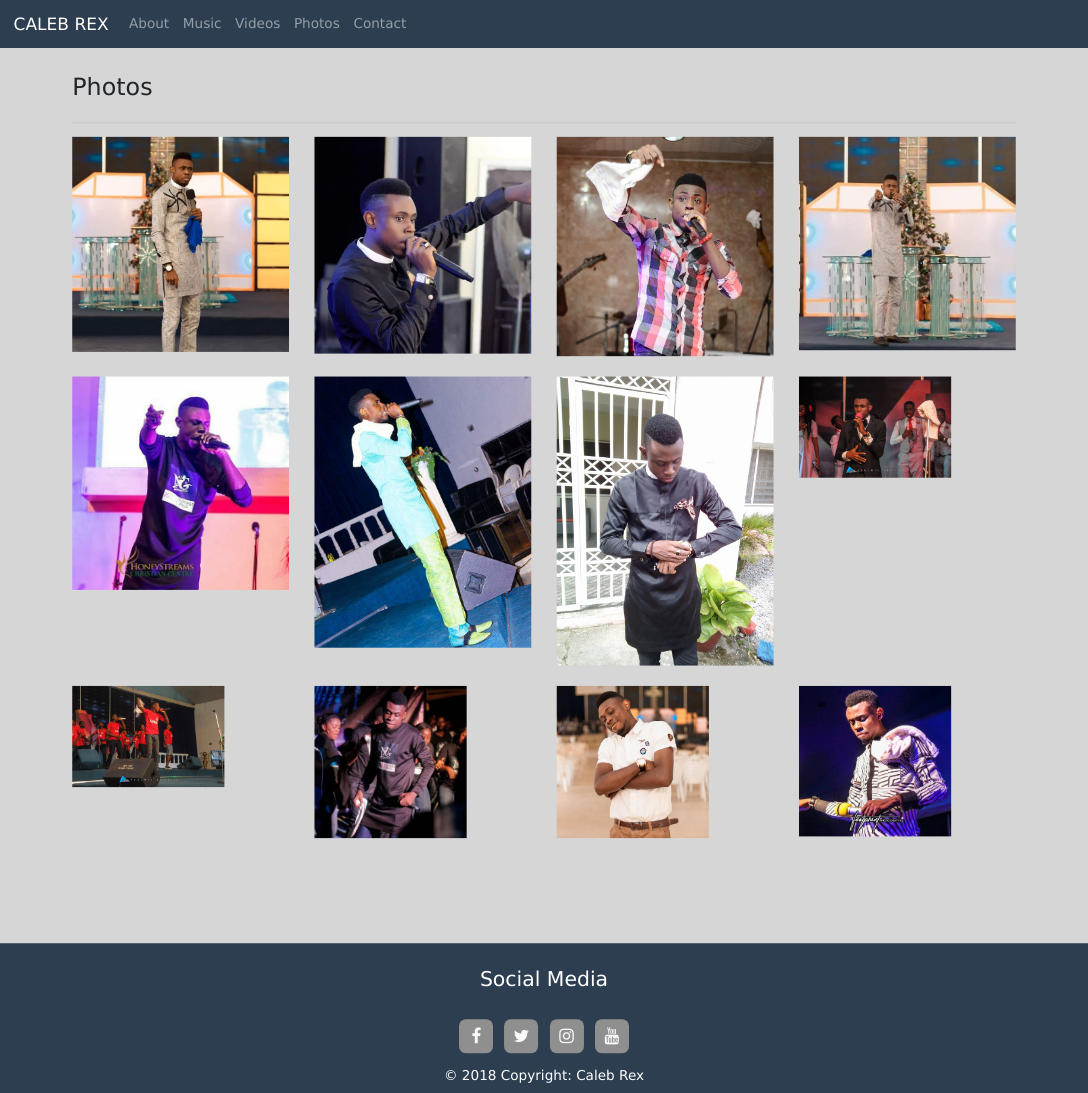
Repository: IchaTreasure/caleb-rex
Page: photos.html
The author's editor kept a record of every edit. The page is drawn from the files as they stood at one moment, then again after the next edit.
The browser window is 1280 px wide. The pictures show the whole page, at 85% of full size.
Some web libraries are served in a nearby version.

Above is the page before.

### photos.html
<!DOCTYPE html>
<html lang="en">

<head>
    <meta charset="UTF-8">
    <meta name="viewport" content="width=device-width, initial-scale=1.0">
    <meta http-equiv="X-UA-Compatible" content="ie=edge">
    <link rel="stylesheet" href="https://maxcdn.bootstrapcdn.com/bootstrap/4.1.3/css/bootstrap.min.css">
    <link rel="stylesheet" href="https://use.fontawesome.com/releases/v5.6.1/css/all.css" integrity="sha384-gfdkjb5BdAXd+lj+gudLWI+BXq4IuLW5IT+brZEZsLFm++aCMlF1V92rMkPaX4PP" crossorigin="anonymous">
    <link rel="stylesheet" href="https://stackpath.bootstrapcdn.com/bootstrap/4.3.1/css/bootstrap.min.css" type="text/css" />
    <link rel="stylesheet" href="https://stackpath.bootstrapcdn.com/font-awesome/4.7.0/css/font-awesome.min.css" type="text/css" />
    <link rel="stylesheet" href="https://cdnjs.cloudflare.com/ajax/libs/hover.css/2.3.1/css/hover-min.css" type="text/css" />
    <link href="https://fonts.googleapis.com/css?family=Roboto:400,700" rel="stylesheet">
    <link rel="stylesheet" href="css/style.css" type="text/css" />
    <title>Caleb Rex</title>
</head>

<body style="background-color: #2c3e50">
    <!-- ------------------------------------------------------------------------------------------------------Navigation Bar -->
    <nav class="navbar navbar-expand-md navbar-dark fixed-top" style="background-color: #2c3e50">
        <a class="navbar-brand" href="index.html">CALEB REX</a>
        <button class="navbar-toggler" type="button" data-toggle="collapse" data-target="#navbarsExampleDefault" aria-controls="navbarsExampleDefault" aria-expanded="false" aria-label="Toggle navigation">
    <span class="navbar-toggler-icon"></span>
  </button>

        <div class="collapse navbar-collapse" id="navbarsExampleDefault">
            <ul class="navbar-nav mr-auto">
                <li class="nav-item right" data-toggle="collapse" data-target=".navbar-collapse.show">
                    <a class="nav-link" href="about.html">About</a>
                </li>
                <li class="nav-item right" data-toggle="collapse" data-target=".navbar-collapse.show">
                    <a class="nav-link" href="music.html">Music</a>
                </li>
                <li class="nav-item right" data-toggle="collapse" data-target=".navbar-collapse.show">
                    <a class="nav-link" href="videos.html">Videos</a>
                </li>
                <li class="nav-item right" data-toggle="collapse" data-target=".navbar-collapse.show">
                    <a class="nav-link" href="photos.html">Photos</a>
                </li>
                <li class="nav-item right" data-toggle="collapse" data-target=".navbar-collapse.show">
                    <a class="nav-link" href="contact.html">Contact</a>
                </li>
            </ul>
        </div>
    </nav>

    <!-- Photo section -->
    <section style="background-color: #D6D6D6; padding-bottom: 100px;">
        <div class="container" Style="padding-top: 30px">
            <div class="row">
                <h3 style="padding-left: 15px">Photos</h3>
            </div>
            <hr>
            <div class="row">
                <!-- Modal: Image 1 -->
                <div class="col-sm-3">
                    <a class="d-block mb-4 h-100">
            <img class="img-fluid img-hover" src="images/Caleb1.jpg" data-toggle="modal" data-target="#Image1" alt="Caleb 1" style="width: 100%">
          </a>
                    <!-- Modal Content -->
                    <div class="modal fade" id="Image1" tabindex="-1" role="dialog" aria-hidden="true">
                        <div class="modal-dialog modal-lg" role="document">
                            <div class="modal-body">
                                <img class="img-fluid" src="images/Caleb1.jpg" alt="Caleb 1">
                            </div>
                        </div>
                    </div>
                </div>

                <!-- Modal: Image 2 -->
                <div class="col-sm-3">
                    <a class="d-block mb-4 h-100">
            <img class="img-fluid img-hover" src="images/Caleb2.jpg" data-toggle="modal" data-target="#Image2" alt="Caleb 2" style="width: 100%">
          </a>
                    <!-- Modal Content -->
                    <div class="modal fade" id="Image2" tabindex="-1" role="dialog" aria-hidden="true">
                        <div class="modal-dialog modal-lg" role="document">
                            <div class="modal-body">
                                <img class="img-fluid" src="images/Caleb2.jpg" alt="Caleb 2">
                            </div>
                        </div>
                    </div>
                </div>

                <!-- Modal: Image 3 -->
                <div class="col-sm-3">
                    <a class="d-block mb-4 h-100">
            <img class="img-fluid img-hover" src="images/Caleb3.jpg" data-toggle="modal" data-target="#Image3" alt="Caleb 3" style="width: 100%">
          </a>
                    <!-- Modal Content -->
                    <div class="modal fade" id="Image3" tabindex="-1" role="dialog" aria-hidden="true">
                        <div class="modal-dialog modal-lg" role="document">
                            <div class="modal-body">
                                <img class="img-fluid" src="images/Caleb3.jpg" alt="Caleb 3">
                            </div>
                        </div>
                    </div>
                </div>

                <!-- Modal: Image 4 -->
                <div class="col-sm-3">
                    <a class="d-block mb-4 h-100">
            <img class="img-fluid img-hover" src="images/Caleb4.jpg" data-toggle="modal" data-target="#Image4" alt="Caleb 4" style="width: 100%">
          </a>
                    <!-- Modal Content -->
                    <div class="modal fade" id="Image4" tabindex="-1" role="dialog" aria-hidden="true">
                        <div class="modal-dialog modal-lg" role="document">
                            <div class="modal-body">
                                <img class="img-fluid" src="images/Caleb4.jpg" alt="Caleb 4">
                            </div>
                        </div>
                    </div>
                </div>
            </div>

            <div class="row">
                <!-- Modal: Image 5 -->
                <div class="col-sm-3">
                    <a class="d-block mb-4 h-100">
            <img class="img-fluid img-hover" src="images/Caleb5.jpg" data-toggle="modal" data-target="#Image5" alt="Caleb 5" style="width: 100%">
          </a>
                    <!-- Modal Content -->
                    <div class="modal fade" id="Image5" tabindex="-1" role="dialog" aria-hidden="true">
                        <div class="modal-dialog modal-lg" role="document">
                            <div class="modal-body">
                                <img class="img-fluid" src="images/Caleb5.jpg" alt="Caleb 5">
                            </div>
                        </div>
                    </div>
                </div>

                <!-- Modal: Image 6 -->
                <div class="col-sm-3">
                    <a class="d-block mb-4 h-100">
            <img class="img-fluid img-hover" src="images/Caleb6.jpg" data-toggle="modal" data-target="#Image6" alt="Caleb 6" style="width: 100%">
          </a>
                    <!-- Modal Content -->
                    <div class="modal fade" id="Image6" tabindex="-1" role="dialog" aria-hidden="true">
                        <div class="modal-dialog modal-lg" role="document">
                            <div class="modal-body">
                                <img class="img-fluid" src="images/Caleb6.jpg" alt="Caleb 6">
                            </div>
                        </div>
                    </div>
                </div>

                <!-- Modal: Image 7 -->
                <div class="col-sm-3">
                    <a class="d-block mb-4 h-100">
            <img class="img-fluid img-hover" src="images/Caleb7.jpg" data-toggle="modal" data-target="#Image7" alt="Caleb 7" style="width: 100%">
          </a>
                    <!-- Modal Content -->
                    <div class="modal fade" id="Image7" tabindex="-1" role="dialog" aria-hidden="true">
                        <div class="modal-dialog modal-lg" role="document">
                            <div class="modal-body">
                                <img class="img-fluid" src="images/Caleb7.jpg" alt="Caleb 7">
                            </div>
                        </div>
                    </div>
                </div>

                <!-- Modal: Image 8 -->
                <div class="col-sm-3">
                    <a class="d-block mb-4 h-100">
            <img class="img-fluid img-hover" src="images/Caleb8.jpg" data-toggle="modal" data-target="#Image8" alt="Caleb 8" style="width: 70%">
          </a>
                    <!-- Modal Content -->
                    <div class="modal fade" id="Image8" tabindex="-1" role="dialog" aria-hidden="true">
                        <div class="modal-dialog modal-lg" role="document">
                            <div class="modal-body">
                                <img class="img-fluid" src="images/Caleb8.jpg" alt="Caleb 8">
                            </div>
                        </div>
                    </div>
                </div>
            </div>

            <div class="row">
                <!-- Modal: Image 9 -->
                <div class="col-sm-3">
                    <a class="d-block mb-4 h-100">
            <img class="img-fluid img-hover" src="images/Caleb9.jpg" data-toggle="modal" data-target="#Image9" alt="Caleb 9" style="width: 70%">
          </a>
                    <!-- Modal Content -->
                    <div class="modal fade" id="Image9" tabindex="-1" role="dialog" aria-hidden="true">
                        <div class="modal-dialog modal-lg" role="document">
                            <div class="modal-body">
                                <img class="img-fluid" src="images/Caleb9.jpg" alt="Caleb 9">
                            </div>
                        </div>
                    </div>
                </div>

                <!-- Modal: Image 10 -->
                <div class="col-sm-3">
                    <a class="d-block mb-4 h-100">
            <img class="img-fluid img-hover" src="images/Caleb11.jpg" data-toggle="modal" data-target="#Image11" alt="Caleb 10" style="width: 70%">
          </a>
                    <!-- Modal Content -->
                    <div class="modal fade" id="Image11" tabindex="-1" role="dialog" aria-hidden="true">
                        <div class="modal-dialog modal-lg" role="document">
                            <div class="modal-body">
                                <img class="img-fluid" src="images/Caleb11.jpg" alt="Caleb 10">
                            </div>
                        </div>
                    </div>
                </div>

                <!-- Modal: Image 11 -->
                <div class="col-sm-3">
                    <a class="d-block mb-4 h-100">
            <img class="img-fluid img-hover" src="images/Caleb12.jpg" data-toggle="modal" data-target="#Image12" alt="Caleb 11" style="width: 70%">
          </a>
                    <!-- Modal Content -->
                    <div class="modal fade" id="Image12" tabindex="-1" role="dialog" aria-hidden="true">
                        <div class="modal-dialog modal-lg" role="document">
                            <div class="modal-body">
                                <img class="img-fluid" src="images/Caleb12.jpg" alt="Caleb 11">
                            </div>
                        </div>
                    </div>
                </div>

                <!-- Modal: Image 12 -->
                <div class="col-sm-3">
                    <a class="d-block mb-4 h-100">
            <img class="img-fluid img-hover" src="images/Caleb14.jpg" data-toggle="modal" data-target="#Image14" alt="Caleb 12" style="width: 70%">
          </a>
                    <!-- Modal Content -->
                    <div class="modal fade" id="Image14" tabindex="-1" role="dialog" aria-hidden="true">
                        <div class="modal-dialog modal-lg" role="document">
                            <div class="modal-body">
                                <img class="img-fluid" src="images/Caleb14.jpg" alt="Caleb 12">
                            </div>
                        </div>
                    </div>
                </div>
            </div>
        </div>
    </section>

    <!-- Footer -->
    <footer class="py-1" style="background-color: #2c3e50; text-align: center;">
        <div class="container">
            <br>
            <h4 style = "color: white">Social Media</h4>
            <br>
            <ul class="list-inline social-links">
                <li class="list-inline-item">
                    <a target="_blank" href="https://www.facebook.com/caleb.rex.96"><i class = " fa fa-facebook" aria-hidden="true"></i><span class = "sr-only">Facebook</span></a>
                </li>
                <li class="list-inline-item">
                    <a target="_blank" href="https://twitter.com/calebrex01"><i class = " fa fa-twitter" aria-hidden="true"></i><span class = "sr-only">Twitter</span></a>
                </li>
                <li class="list-inline-item">
                    <a target="_blank" href="https://www.instagram.com/caleb.rex01/"><i class = " fa fa-instagram" aria-hidden="true"></i><span class = "sr-only">Instagram</span></a>
                </li>
                <li class="list-inline-item">
                    <a target="_blank" href="https://www.youtube.com/channel/UC_B7e65upco510Sio9dZJhg"><i class = " fa fa-youtube" aria-hidden="true"></i><span class = "sr-only">Youtube</span></a>
                </li>
            </ul>
        </div>

        <h6 style="text-align: center; color: white;">© 2018 Copyright: Caleb Rex</h6>
        <!-- /.container -->
    </footer>
    <!-- Bootstrap core JavaScript -->
    <script src="https://code.jquery.com/jquery-3.3.1.slim.min.js" integrity="sha384-q8i/X+965DzO0rT7abK41JStQIAqVgRVzpbzo5smXKp4YfRvH+8abtTE1Pi6jizo" crossorigin="anonymous"></script>
    <script src="https://cdnjs.cloudflare.com/ajax/libs/popper.js/1.14.3/umd/popper.min.js" integrity="sha384-ZMP7rVo3mIykV+2+9J3UJ46jBk0WLaUAdn689aCwoqbBJiSnjAK/l8WvCWPIPm49" crossorigin="anonymous"></script>
    <script src="https://stackpath.bootstrapcdn.com/bootstrap/4.1.3/js/bootstrap.min.js" integrity="sha384-ChfqqxuZUCnJSK3+MXmPNIyE6ZbWh2IMqE241rYiqJxyMiZ6OW/JmZQ5stwEULTy" crossorigin="anonymous"></script>
    <script src="https://code.jquery.com/jquery-3.3.1.slim.min.js" integrity="sha384-q8i/X+965DzO0rT7abK41JStQIAqVgRVzpbzo5smXKp4YfRvH+8abtTE1Pi6jizo" crossorigin="anonymous"></script>
    <script src="https://cdnjs.cloudflare.com/ajax/libs/popper.js/1.14.7/umd/popper.min.js" integrity="sha384-UO2eT0CpHqdSJQ6hJty5KVphtPhzWj9WO1clHTMGa3JDZwrnQq4sF86dIHNDz0W1" crossorigin="anonymous"></script>
    <script src="https://stackpath.bootstrapcdn.com/bootstrap/4.3.1/js/bootstrap.min.js" integrity="sha384-JjSmVgyd0p3pXB1rRibZUAYoIIy6OrQ6VrjIEaFf/nJGzIxFDsf4x0xIM+B07jRM" crossorigin="anonymous"></script>
</body>
</html>

### css/style.css
/*---------------------------- css for body */
body {
  font-family: 'Lucida Grande', sans-serif;
  padding-top: 56px;
}

nav li a:hover {
  background: black;

}

main{
 /*   height: 100vh;
    background: url('../images/Caleb1.jpg') no-repeat top right fixed;
    -webkit-background-size: cover;
    -moz-background-size: cover;
    -o-background-size: cover;
    background-size: cover;
    display: flex;
    align-items: center;
    justify-content: center;
    position: relative; */s


}

.main-container {

}

/*----------------------------------------- Modal Styling */
.modal-body{
    color: #615650;
    text-align: center;
}

.modal-content{
    background-color: #dbc7bd;
    padding: 20px;
}

.img-hover:hover{
    cursor: pointer;
    opacity: 0.6;
    transition: all 0.35s ease-in-out;
    -moz-transition: all 0.35s ease-in-out;
    -webkit-transition: all 0.35s ease-in-out;
    -o-transition: all 0.35s ease-in-out;
}

/*---------------------------- css for contact form*/
.form-style-1 {
	margin:10px auto;
	max-width: 400px;
	padding: 20px 12px 10px 20px;
	font: 13px "Lucida Sans Unicode", "Lucida Grande", sans-serif;
}
.form-style-1 li {
	padding: 0;
	display: block;
	list-style: none;
	margin: 10px 0 0 0;
}
.form-style-1 label{
	margin:0 0 3px 0;
	padding:0px;
	display:block;
	font-weight: bold;
}
.form-style-1 input[type=text],
.form-style-1 input[type=date],
.form-style-1 input[type=datetime],
.form-style-1 input[type=number],
.form-style-1 input[type=search],
.form-style-1 input[type=time],
.form-style-1 input[type=url],
.form-style-1 input[type=email],
textarea,
select{
	box-sizing: border-box;
	-webkit-box-sizing: border-box;
	-moz-box-sizing: border-box;
	border:1px solid #BEBEBE;
	padding: 7px;
	margin:0px;
	-webkit-transition: all 0.30s ease-in-out;
	-moz-transition: all 0.30s ease-in-out;
	-ms-transition: all 0.30s ease-in-out;
	-o-transition: all 0.30s ease-in-out;
	outline: none;
}

.form-style-1 input[type=text]:focus,
.form-style-1 input[type=date]:focus,
.form-style-1 input[type=datetime]:focus,
.form-style-1 input[type=number]:focus,
.form-style-1 input[type=search]:focus,
.form-style-1 input[type=time]:focus,
.form-style-1 input[type=url]:focus,
.form-style-1 input[type=email]:focus,
.form-style-1 textarea:focus,
.form-style-1 select:focus{
	-moz-box-shadow: 0 0 8px #88D5E9;
	-webkit-box-shadow: 0 0 8px #88D5E9;
	box-shadow: 0 0 8px #88D5E9;
	border: 1px solid #88D5E9;
}

.form-style-1 .field-divided{
	width: 49%;
}

.form-style-1 .field-long{
	width: 100%;
}
.form-style-1 .field-select{
	width: 100%;
}
.form-style-1 .field-textarea{
	height: 100px;
}
.form-style-1 input[type=submit], .form-style-1 input[type=button]{
	background: #4B99AD;
	padding: 8px 15px 8px 15px;
	border: none;
	color: #fff;
}

.form-style-1 input[type=submit]:hover, .form-style-1 input[type=button]:hover{
	background: #4691A4;
	box-shadow:none;
	-moz-box-shadow:none;
	-webkit-box-shadow:none;
}

.form-style-1 .required{
	color:red;
}

/*---------------------------- css for footer*/
footer {
  background-color: #7D0D11;
  color: black;
}

.social-links li a i {
  width: 40px;
  height: 40px;
  padding: 10px;
  border-radius: 20%;
  font-size: 20px;
  line-height: 20px;
  text-align: center;
  color: #fafafa;
  background: #8f8f8f;
  transition: all 0.35s ease-in-out;
  -moz-transition: all 0.35s ease-in-out;
  -webkit-transition: all 0.35s ease-in-out;
  -o-transition: all 0.35s ease-in-out;
}

.social-links li a i:hover {
  background: black;
}

After the next edit:
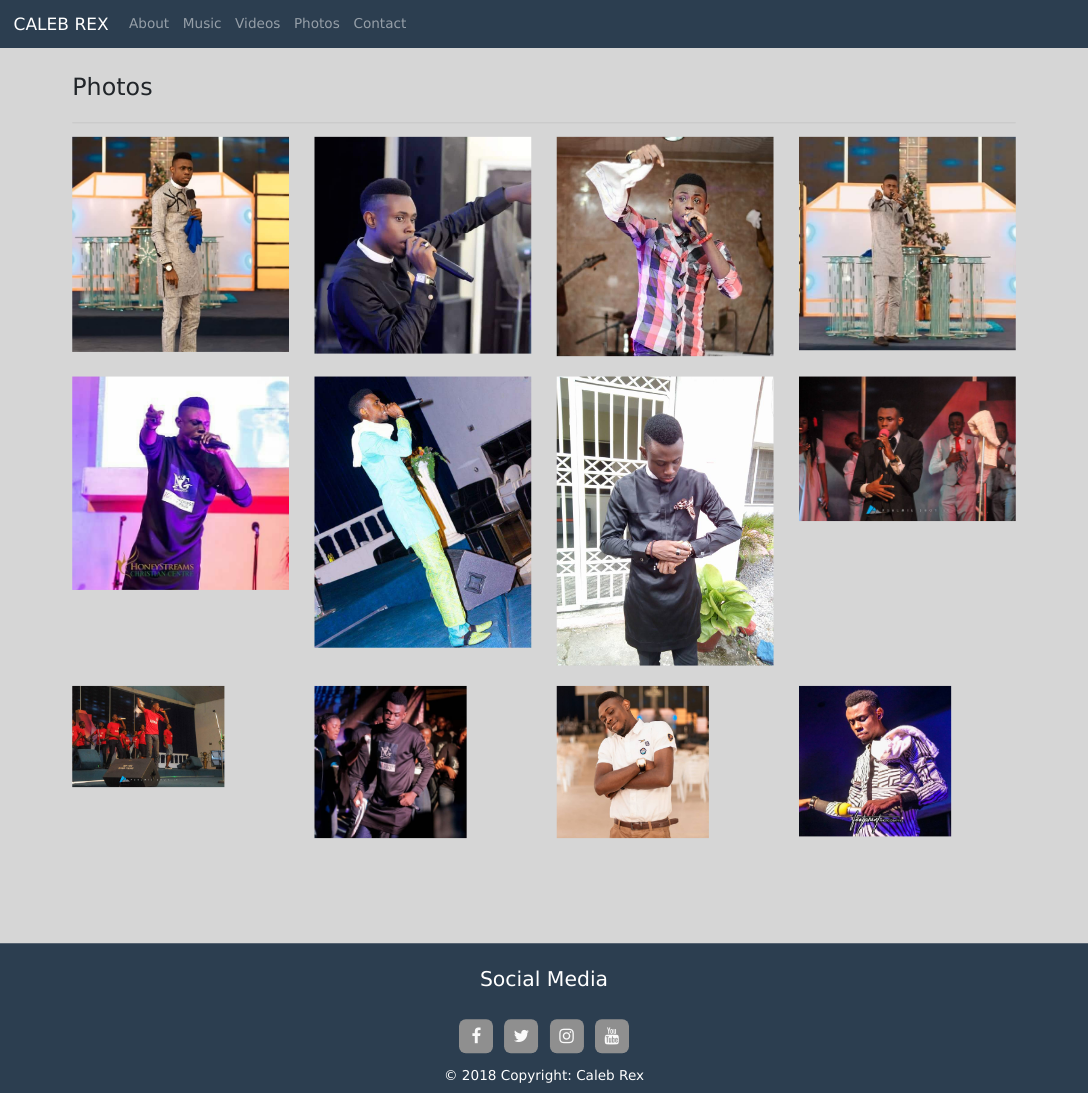
The edit:
--- a/photos.html
+++ b/photos.html
@@ -162,7 +162,7 @@
                 <!-- Modal: Image 8 -->
                 <div class="col-sm-3">
                     <a class="d-block mb-4 h-100">
-            <img class="img-fluid img-hover" src="images/Caleb8.jpg" data-toggle="modal" data-target="#Image8" alt="Caleb 8" style="width: 70%">
+            <img class="img-fluid img-hover" src="images/Caleb8.jpg" data-toggle="modal" data-target="#Image8" alt="Caleb 8" style="width: 100%">
           </a>
                     <!-- Modal Content -->
                     <div class="modal fade" id="Image8" tabindex="-1" role="dialog" aria-hidden="true">
